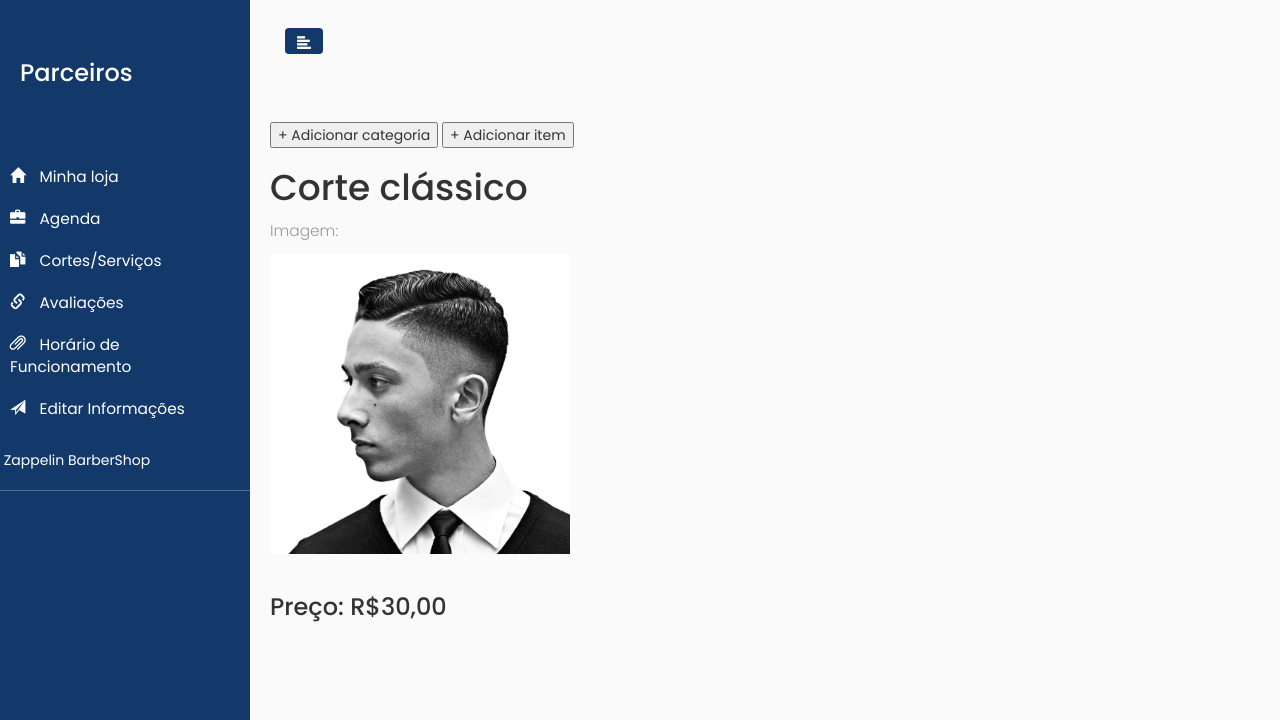
Repository: aquilesascar/barberconnect
Page: http://localhost/corteclassico.php
An editor plug-in stored every save of this project. The page is shown before and after the next save, followed by the edit.
The browser window is 1280 px wide. The pictures show the whole page.
The page is run by PHP 8.4 with error messages shown; the project is at /var/www/html/.

Above is the page before, as saved 2023-10-09 14:27:20.

After the next save:
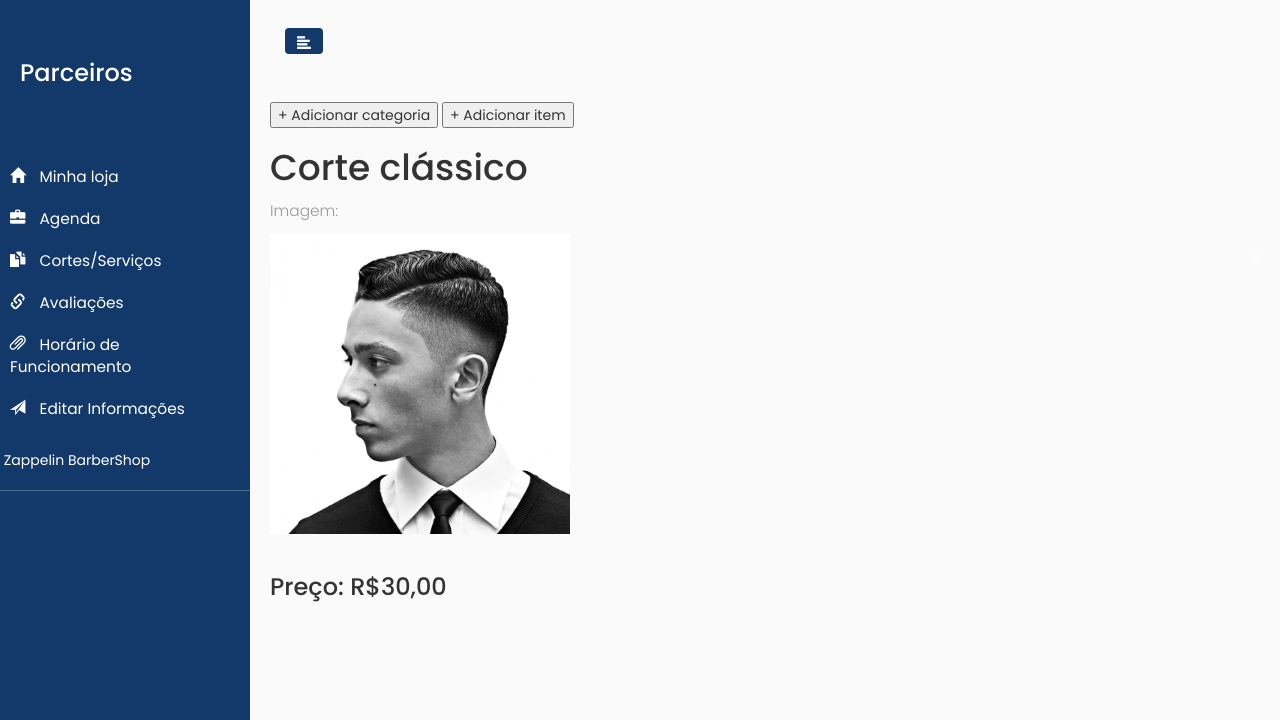
Saved 5 s later.
--- a/corteclassico.php
+++ b/corteclassico.php
@@ -37,7 +37,7 @@
                         </div>
                     </div>
                 </nav>
-                <br><br><br>
+                <br><br>
                 <button class="categoria">+ Adicionar categoria</button>
             <button class="item">+ Adicionar item</button>
 
